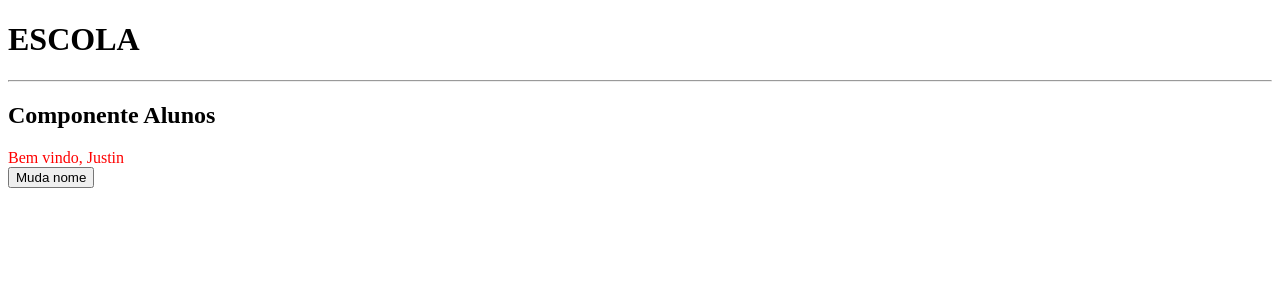
Repository: joaoaspimienta/estudos-de-context-api
Page: /
These files come from the project's save history. The page is drawn as it stood at one moment and after a run of saves; the edit follows.
The browser window is 1280 px wide. The pictures show the whole page.
The project was rebuilt for these pictures with package versions that can differ from the ones it lists, and the page was loaded fresh each time.

Above is the page before, as saved 2022-06-19 19:29:46.

After the next 2 saves:
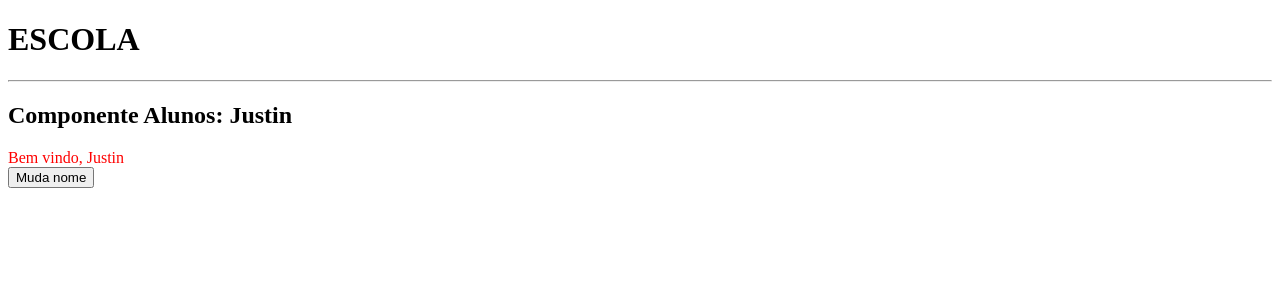
The 2 saves are shown as one change because 1 did not build or start.
The last was saved 4 min 7 s later.
--- a/src/components/Alunos/index.js
+++ b/src/components/Alunos/index.js
@@ -1,9 +1,12 @@
+import { useContext } from "react";
+import { UserContext } from "../../contexts/user";
 import Nome from "../Nome";
 
 function Alunos() {
+  const { alunos } = useContext(UserContext);
   return (
     <div>
-      <h2>Componente Alunos</h2>
+      <h2>Componente Alunos: {alunos}</h2>
       <Nome />
     </div>
   );
